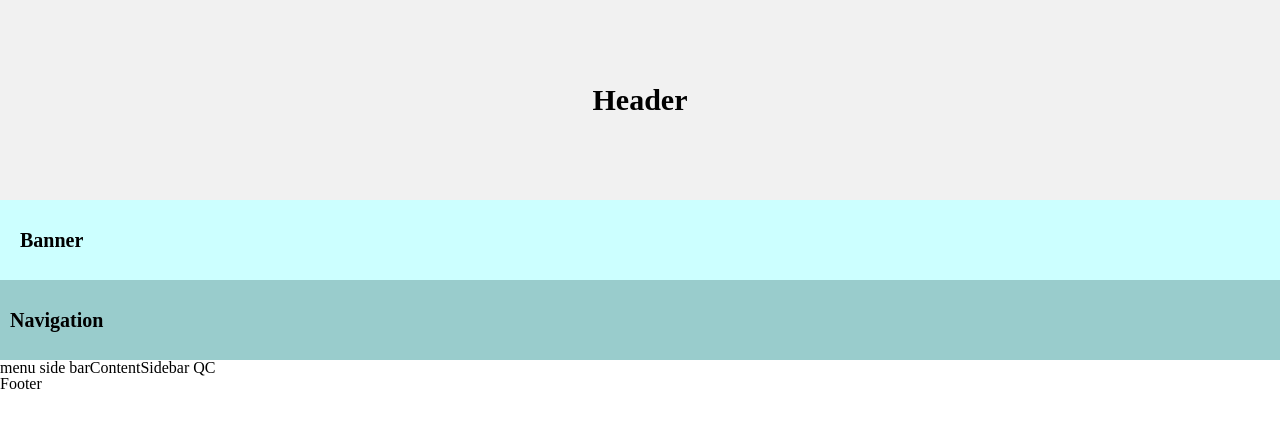
Repository: Tan-Khang21/TH_TKW--Buoi_06
Page: Bai_Tap_Tren_lop/Bai_03/LayoutCSS3.html
The author's editor kept a copy of each file at every save. The page is drawn from the files as they stood at one save, then again after the next save.
The browser window is 1280 px wide. The pictures show the whole page.

Above is the page before, as saved 2024-03-11 21:00:38.

### Bai_Tap_Tren_lop/Bai_03/LayoutCSS3.html
<!DOCTYPE html>
<html lang="en">
  <head>
    <meta charset="UTF-8" />
    <meta name="viewport" content="width=device-width, initial-scale=1.0" />
    <title>Document</title>
    <link rel="stylesheet" href="style.css" />
    <link rel="stylesheet" href="reset.css" />
  </head>
  <body>
    <div class="container">
      <div class="header">Header</div>
      <div class="banner">Banner</div>
      <div class="navigation">Navigation</div>
      <div class="box">
        <div class="box_menu">menu side bar</div>
        <div class="box_content">Content</div>
        <div class="box_siderbar">Sidebar QC</div>
      </div>
      <div class="footer">Footer</div>
    </div>
  </body>
</html>

### Bai_Tap_Tren_lop/Bai_03/style.css
* {
  box-sizing: border-box;
}
body {
  width: 100%;
}
.header {
  width: 100%;
  height: 200px;
  display: flex;
  align-items: center;
  justify-content: center;
  background-color: #f1f1f1;
  font-weight: bold;
  font-size: 30px;
}
.banner {
  width: 100%;
  height: 80px;
  background-color: #ccffff;
  font-weight: bold;
  font-size: 20px;
  display: flex;
  align-items: center;
  padding: 20px;
}
.navigation {
  width: 100%;
  height: 80px;
  background-color: #99cccc;
  font-weight: bold;
  font-size: 20px;
  display: flex;
  align-items: center;
  padding: 10px;
}
.box {
  display: flex;
}

Loaded but not shown: Bai_Tap_Tren_lop/Bai_03/reset.css (common file)

After the next save:
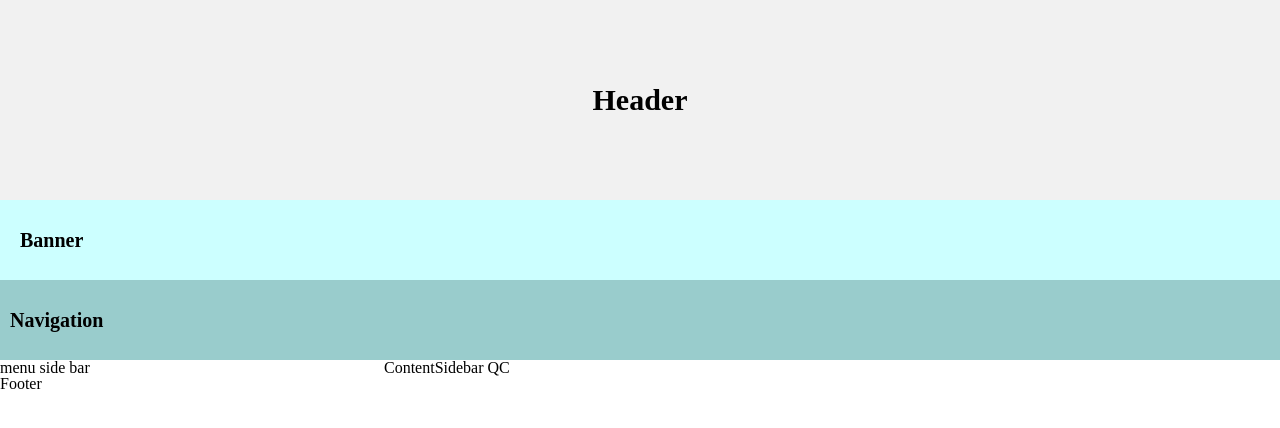
Saved 22 s later.
--- a/Bai_Tap_Tren_lop/Bai_03/style.css
+++ b/Bai_Tap_Tren_lop/Bai_03/style.css
@@ -37,3 +37,6 @@ body {
 .box {
   display: flex;
 }
+.box_menu {
+  width: 30%;
+}
